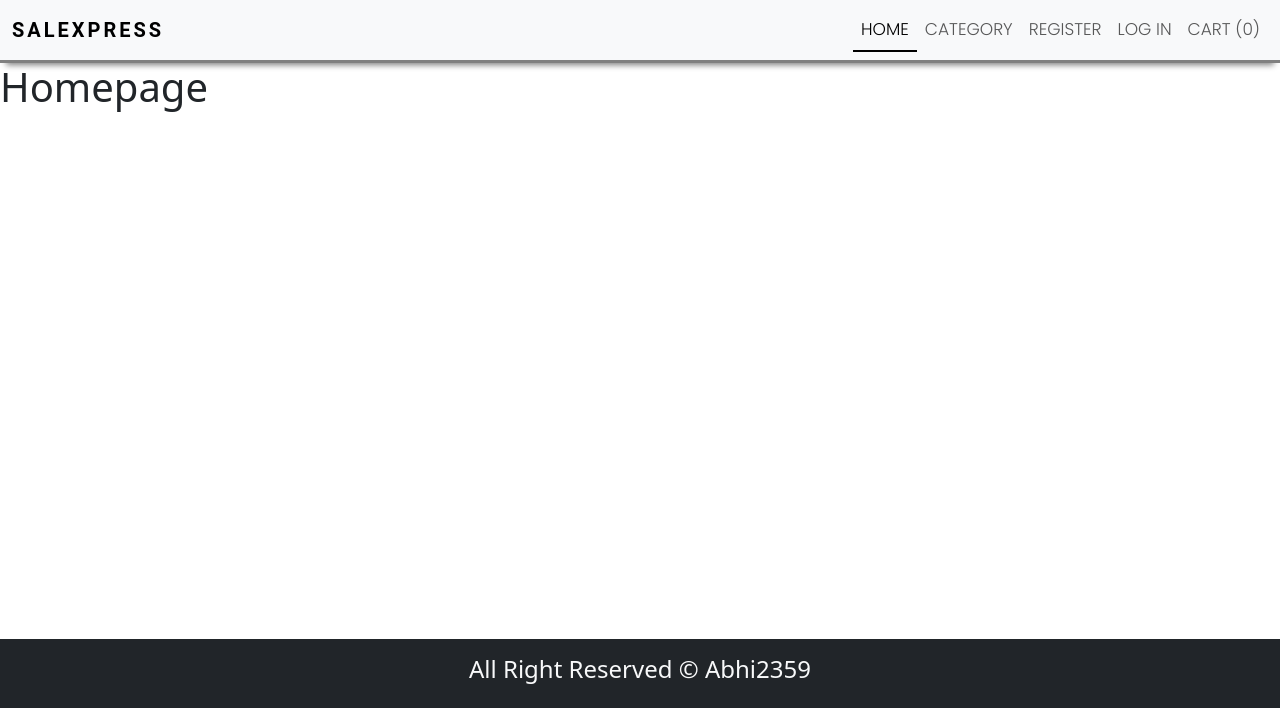
Repository: Abhi2359/SaleXpress
Page: / (app in client/)
These files come from the project's save history. The page is drawn as it stood at one moment and after the next save; the edit follows.
The browser window is 1280 px wide. The pictures show the whole page.
The project was rebuilt for these pictures with package versions that can differ from the ones it lists, and the page was loaded fresh each time. Also part of the build but not shown: client/vite.config.js, client/src/pages/About.jsx, client/src/pages/Policy.jsx, client/src/pages/PageNotFound.jsx.

Above is the page before, as saved 2023-05-08 19:23:12.

After the next save:
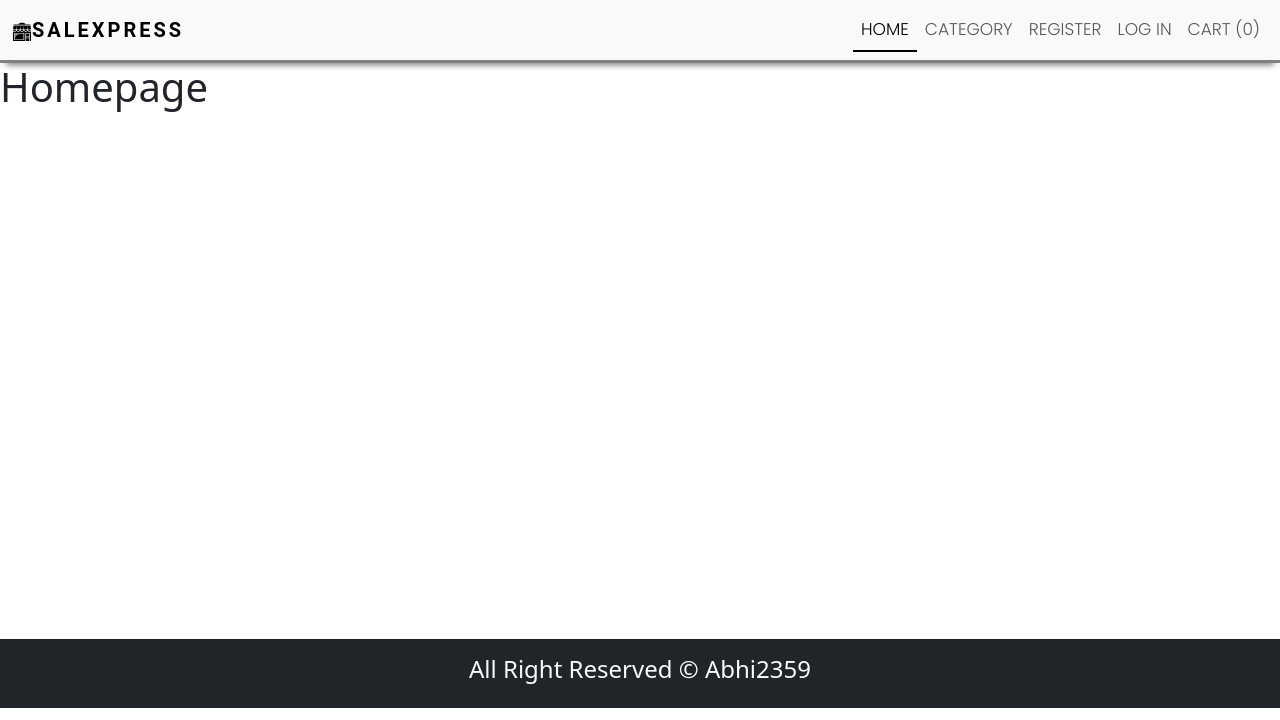
Saved 10 s later.
--- a/client/src/components/Layout/Header.jsx
+++ b/client/src/components/Layout/Header.jsx
@@ -19,7 +19,7 @@ const Header = () => {
           </button>
           <div className="collapse navbar-collapse" id="navbarTogglerDemo01">
             <Link to="/" className="navbar-brand">
-              SaleXpress
+              <GiShop/>SaleXpress
             </Link>
             <ul className="navbar-nav ms-auto mb-2 mb-lg-0">
               <li className="nav-item">
